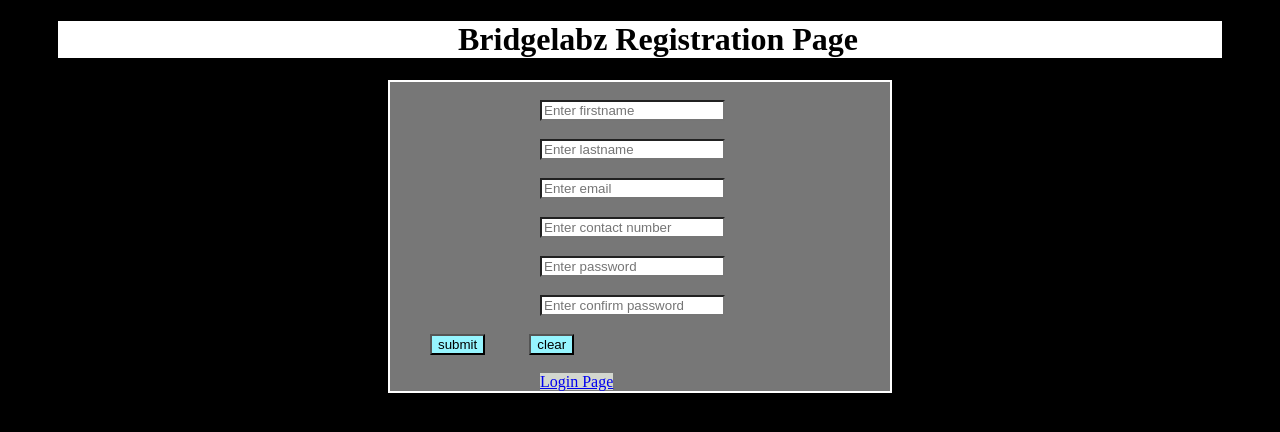
Repository: MarkFernandes11/Advanced-Java
Page: http://localhost/Login/register.jsp
An editor plug-in stored every save of this project. The page is shown before and after the next save, followed by the edit.
The browser window is 1280 px wide. The pictures show the whole page.
The page is served by Tomcat 9. Other server files are loaded and not shown.

Above is the page before, as saved 2019-09-26 11:35:23.

### Login/WebContent/register.jsp
<%@ page language="java" contentType="text/html; charset=UTF-8"
    pageEncoding="UTF-8"%>
<!DOCTYPE html>
<html>
<head>
<meta charset="UTF-8">
<title>Registration Page</title>
<link rel="stylesheet" type="text/css" href="stylesheet.css">
</head>
<body>

	<header>
			<h1>Bridgelabz Registration Page</h1>
	</header>
	<form action="RegistrationServlet" method = "post">
		<br>
		<input type="text" placeholder="Enter firstname" name="firstname" required>
		<!--pattern="^A-Za-z$"-->
		<br><br>
		<input type="text" placeholder="Enter lastname" name="lastname">
		<br><br>
		<input type="email" placeholder="Enter email" name="email" required>
		<br><br>
		<input type="number" placeholder="Enter contact number" name="contactNumber" required>
		<br><br>
		<input type="password" placeholder="Enter password" name="password" required>
		<br><br>
		<input type="password" placeholder="Enter confirm password" name="confirmPassword" required>
		<br><br>
		<input class="button" type="submit" value = "submit"> <input class="button" type="reset" value = "clear">
		<br><br>
		<a href="login.jsp">Login Page</a>
	</form>

</body>
</html>

### Login/WebContent/stylesheet.css
@charset "UTF-8";

*{
	background-color: #000;
}

body{

}

form{
	border: 2px solid #fff;
	background-color: #777;
	width: 500px;
	margin-left: auto;
	margin-right: auto;
}

header{
	margin-left: auto;
	margin-right: auto;
}

h1{

	background-color: #fff;
	padding-left: 400px;
	padding-right: auto;
	margin-left: 50px;
	margin-right: 50px;
}

input {
	background-color: #fff;
	margin-left: 150px;
}

span{
	background-color: #777;
	margin-right: 50px;
}

.button{
	background-color: #96f5ff;
	margin-left: 40px;
}

a{
	background-color: #d3d7cf;
	margin-left: 150px;

}

After the next save:
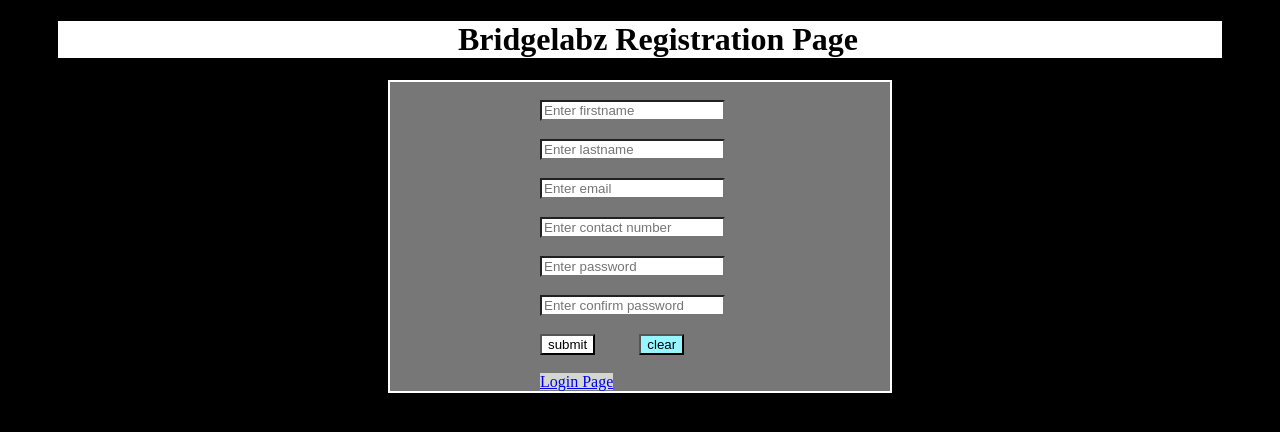
Saved 35 s later.
--- a/Login/WebContent/register.jsp
+++ b/Login/WebContent/register.jsp
@@ -27,7 +27,7 @@
 		<br><br>
 		<input type="password" placeholder="Enter confirm password" name="confirmPassword" required>
 		<br><br>
-		<input class="button" type="submit" value = "submit"> <input class="button" type="reset" value = "clear">
+		<input class="buttonSub" type="submit" value = "submit"> <input class="button" type="reset" value = "clear">
 		<br><br>
 		<a href="login.jsp">Login Page</a>
 	</form>
